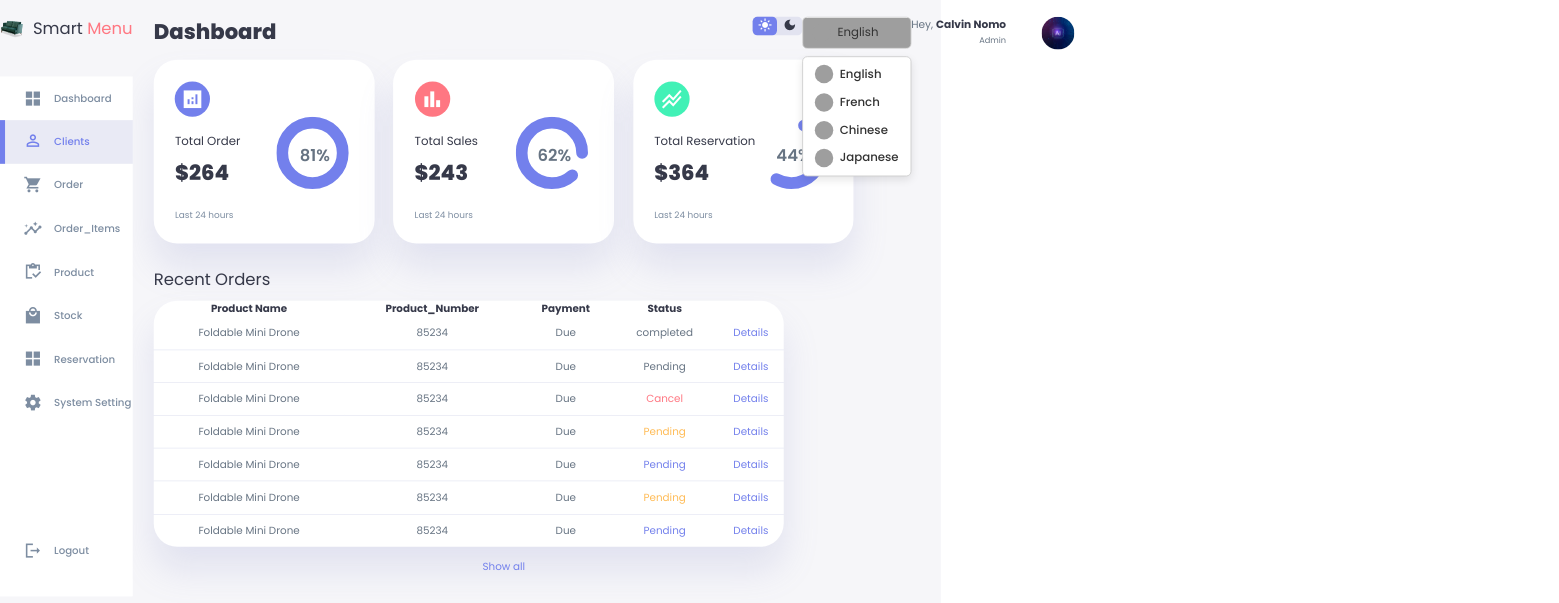
Repository: Calvin-Nomo/Hash-code
Page: admin.html
An editor plug-in stored every save of this project. The page is shown before and after the next save, followed by the edit.
The browser window is 1280 px wide. The page is 1856 px wide, so the pictures cover 1856 px, including what lies to the right of the window. The pictures show the whole page, at 84% of full size.
After loading, the first visible `div.selected-language` was clicked once.
Pictures or frames that could not be fetched are drawn as grey boxes.

Above is the page before, as saved 2025-10-08 13:03:07.

### admin.html
<!DOCTYPE html>
<html lang="en">
  <head>
    <meta charset="UTF-8" />
    <meta name="viewport" content="width=device-width, initial-scale=1.0" />
    <title>Document</title>

    <link
      href="https://fonts.googleapis.com/icon?family=Material+Icons+Sharp"
      rel="stylesheet"
    />
    <link rel="preconnect" href="https://fonts.googleapis.com" />
    <link rel="preconnect" href="https://fonts.gstatic.com" crossorigin />
    <link
      href="https://fonts.googleapis.com/css2?family=Outfit:wght@100..900&family=Poppins:ital,wght@0,100;0,200;0,300;0,400;0,500;0,600;0,700;0,800;0,900;1,100;1,200;1,300;1,400;1,500;1,600;1,700;1,800;1,900&display=swap"
      rel="stylesheet"
    />
<link href="https://cdn.jsdelivr.net/npm/daisyui@5/themes.css" rel="stylesheet" type="text/css" />
    <link rel="stylesheet" href="css/index.css" />
  </head>
  <body>
    <div class="container">
      <!-- ################SIDE BAR #################-->
      <aside>
        <div class="top">
          <div class="logo">
            <img src="image/couch.png" alt="logo" />
            <h2>Smart <span class="danger">Menu</span></h2>
          </div>
          <div class="close" id="close-btn">
            <span class="material-icons-sharp"> close </span>
          </div>
        </div>
        <div class="sidebar">
          <a href="#">
            <span class="material-icons-sharp"> grid_view </span>
            <h3>Dashboard</h3>
          </a>
          <a href="#" class="active">
            <span class="material-icons-sharp"> person_outline </span>
            <h3>Clients</h3>
          </a>
          <a href="#">
            <span class="material-icons-sharp"> shopping_cart </span>
            <h3>Order</h3>
          </a>
          <a href="#">
            <span class="material-icons-sharp"> insights </span>
            <h3>Order_Items</h3>
          </a>
          <a href="#">
            <span class="material-icons-sharp"> inventory </span>
            <h3>Product</h3>
          </a>
          <a href="#">
            <span class="material-icons-sharp"> local_mall </span>
            <h3>Stock</h3>
          </a>
          <a href="#">
            <span class="material-icons-sharp"> grid_view </span>
            <h3>Reservation</h3>
          </a>
          <a href="#">
            <span class="material-icons-sharp"> settings </span>
            <h3>System Setting</h3>
          </a>

          <a href="#">
            <span class="material-icons-sharp"> logout </span>
            <h3>Logout</h3>
          </a>
          <!-- <a href="#">
            <span class="material-icons-sharp"> logout </span>
            <h3>Logout</h3>
          </a>
          <a href="#">
            <span class="material-icons-sharp"> settings </span>
            <h3>Systems Setting</h3>
          </a> -->
        </div>
      </aside>
      <!-- ################END OF SIDE BAR #################-->
      <main>
        <h1>Dashboard</h1>
        <div class="insight">
          <div class="sales">
            <span class="material-icons-sharp"> analytics </span>
            <div class="middle">
              <div class="left">
                <h3>Total Order</h3>
                <h1>$264</h1>
              </div>
              <div class="progress">
                <svg>
                  <circle cx="38" cy="38" r="36"></circle>
                </svg>
                <div class="number">
                  <p>81%</p>
                </div>
              </div>
            </div>
            <small class="text-muted">Last 24 hours</small>
          </div>
          <!-- END OF SALES -->
          <div class="expenses">
            <span class="material-icons-sharp"> bar_chart </span>
            <div class="middle">
              <div class="left">
                <h3>Total Sales</h3>
                <h1>$243</h1>
              </div>
              <div class="progress">
                <svg>
                  <circle cx="38" cy="38" r="36"></circle>
                </svg>
                <div class="number">
                  <p>62%</p>
                </div>
              </div>
            </div>
            <small class="text-muted">Last 24 hours</small>
          </div>
          <!-- END OF EXPENSES -->
          <div class="income">
            <span class="material-icons-sharp"> stacked_line_chart </span>
            <div class="middle">
              <div class="left">
                <h3>Total Reservation</h3>
                <h1>$364</h1>
              </div>
              <div class="progress">
                <svg>
                  <circle cx="38" cy="38" r="36"></circle>
                </svg>
                <div class="number">
                  <p>44%</p>
                </div>
              </div>
            </div>
            <small class="text-muted">Last 24 hours</small>
          </div>
          <!-- END OF INCOME -->
        </div>
        <!-- END OF INSIGHT -->
        <div class="recent-orders">
          <h2>Recent Orders</h2>
          <table>
            <thead>
              <tr>
                <th>Product Name</th>
                <th>Product_Number</th>
                <th>Payment</th>
                <th>Status</th>
                <th></th>
              </tr>
            </thead>
            <tbody>
              <tr>
                <td>Foldable Mini Drone</td>
                <td>85234</td>
                <td>Due</td>
                <td class="">completed</td>
                <td class="primary">Details</td>
              </tr>
              <tr>
                <td>Foldable Mini Drone</td>
                <td>85234</td>
                <td>Due</td>
                <td class="warning">Pending</td>
                <td class="primary">Details</td>
              </tr>
              <tr>
                <td>Foldable Mini Drone</td>
                <td>85234</td>
                <td>Due</td>
                <td class="danger">Cancel</td>
                <td class="primary">Details</td>
              </tr>
              <tr>
                <td>Foldable Mini Drone</td>
                <td>85234</td>
                <td>Due</td>
                <td class="waring">Pending</td>
                <td class="primary">Details</td>
              </tr>
              <tr>
                <td>Foldable Mini Drone</td>
                <td>85234</td>
                <td>Due</td>
                <td class="primary">Pending</td>
                <td class="primary">Details</td>
              </tr>
              <tr>
                <td>Foldable Mini Drone</td>
                <td>85234</td>
                <td>Due</td>
                <td class="waring">Pending</td>
                <td class="primary">Details</td>
              </tr>
              <tr>
                <td>Foldable Mini Drone</td>
                <td>85234</td>
                <td>Due</td>
                <td class="primary">Pending</td>
                <td class="primary">Details</td>
              </tr>
            </tbody>
          </table>
          <a href="#">Show all</a>
        </div>

      </main>
      <!-- End of the Recent Orders -->
        <div class="right">
          <div class="top">
            <button id="menu-btn">
              <span class="material-icons-sharp">menu </span>
            </button>
            <div class="theme-toggler">
              <span class="material-icons-sharp active">light_mode</span>
              <span class="material-icons-sharp">dark_mode</span>
            </div>
              <div class="lang-menu">
  <div class="selected-language">
    <img src="https://flagsapi.com/US/flat/32.png" alt="">
    English
    <i class="arrow down"></i>
  </div>

  <ul class="lang-options">
    <li><a href="#" class="en" data-flag="https://flagsapi.com/US/flat/32.png">English</a></li>
    <li><a href="#" class="fr" data-flag="https://flagsapi.com/FR/flat/32.png">French</a></li>
    <li><a href="#" class="cn" data-flag="https://flagsapi.com/CN/flat/32.png">Chinese</a></li>
    <li><a href="#" class="jp" data-flag="https://flagsapi.com/JP/flat/32.png">Japanese</a></li>
  </ul>
</div>

            <div class="profile">
              <div class="info">
                <p>Hey, <b>Calvin Nomo</b></p>
                <small class="text-muted">Admin</small>
              </div>
              <div class="profile-photo">
                <img src="image/image1.jpg" alt="" />
              </div>
            </div>
          </div>
        </div>
      <!-- \\\\\\\\\\\\\\\END OF MAIN\\\\\\\\\\\\\\\\\\\\\\\ -->

    </div>
  </body>
  <script src="js/index.js"></script>

<script src="https://cdn.jsdelivr.net/npm/@tailwindcss/browser@4"></script>
</html>

### js/index.js
let sideMenu = document.querySelector("aside");
let Theme_Change = document.querySelector(".theme-toggler");
let openBtn = document.getElementById("menu-btn");
let closeBtn = document.getElementById("close-btn");

// Hide and Show the Side bar
openBtn.addEventListener("click", () => {
  sideMenu.style.display = "block";
});
closeBtn.addEventListener("click", () => {
  sideMenu.style.display = "none";
});

Theme_Change.addEventListener("click", () => {
  document.body.classList.toggle("dark-theme-variables");
  Theme_Change.querySelector("span:nth-child(1)").classList.toggle("activate");
  Theme_Change.querySelector("span:nth-child(2)").classList.toggle("activate");
});
// Language Dropdown Menu
let langMenu = document.querySelector(".lang-menu");
let selectedLang = langMenu.querySelector(".selected-language");
let langOptions = langMenu.querySelector(".lang-options");
selectedLang.addEventListener("click", () => {
  langOptions.classList.toggle("active");
});
langOptions.querySelectorAll("li").forEach((option) => {
  option.addEventListener("click", () => {
    selectedLang.innerHTML = option.innerHTML;
    langOptions.classList.remove("active");
  });
});
// display the selected flag in the selected language section
selectedLang.addEventListener("click", () => {
  let selectedFlag = selectedLang.querySelector("img").src;
  selectedLang.style.backgroundImage = `url(${selectedFlag})`;
});
// Close the dropdown menu if the user clicks outside of it
window.addEventListener("click", (e) => {
  if (!langMenu.contains(e.target)) {
    langOptions.classList.remove("active");
  }

});
// Hide and Show the Side bar
selectedLang.addEventListener("click", () => {
  langOptions.style.display = "block";
});
// Toogle the active class in the sidebar
let allSideMenu = document.querySelectorAll("aside .side-menu li a");
allSideMenu.forEach((item) => {
  const li = item.parentElement;
  item.addEventListener("click", () => {
    allSideMenu.forEach((i) => {
      i.parentElement.classList.remove("active");
    });
    li.classList.add("active");
  }
  );
});
// Change the active page title
let allPageTitle = document.querySelectorAll(".page-title");
allSideMenu.forEach((item) => {
  item.addEventListener("click", () => {
    let text = item.textContent;
    allPageTitle.forEach((title) => {
      title.textContent = text;
    });
  });
}
);

Loaded but not shown: css/index.css (634 lines, source omitted)

After the next save:
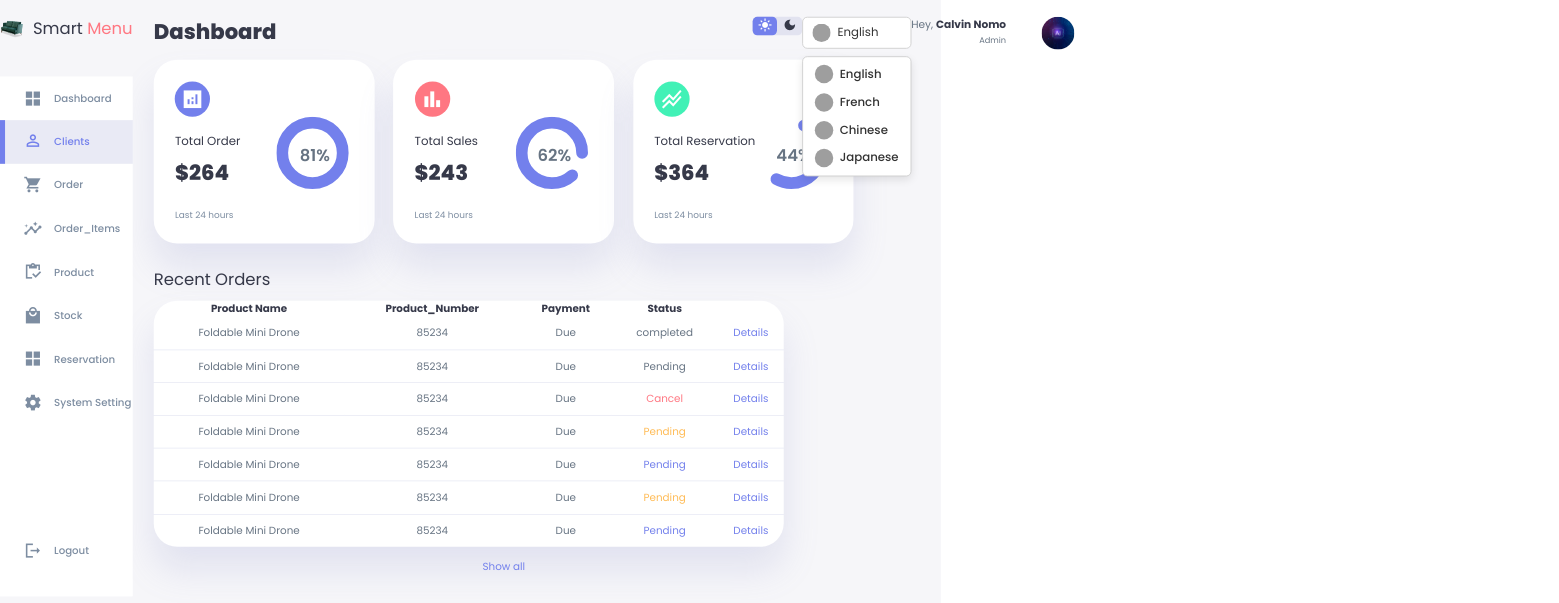
Saved 4 min 16 s later.
--- a/js/index.js
+++ b/js/index.js
@@ -16,55 +16,34 @@ Theme_Change.addEventListener("click", () => {
   Theme_Change.querySelector("span:nth-child(1)").classList.toggle("activate");
   Theme_Change.querySelector("span:nth-child(2)").classList.toggle("activate");
 });
-// Language Dropdown Menu
-let langMenu = document.querySelector(".lang-menu");
-let selectedLang = langMenu.querySelector(".selected-language");
-let langOptions = langMenu.querySelector(".lang-options");
-selectedLang.addEventListener("click", () => {
-  langOptions.classList.toggle("active");
-});
-langOptions.querySelectorAll("li").forEach((option) => {
-  option.addEventListener("click", () => {
-    selectedLang.innerHTML = option.innerHTML;
-    langOptions.classList.remove("active");
+
+document.addEventListener("DOMContentLoaded", function () {
+  const langMenu = document.querySelector(".lang-menu");
+  const selected = langMenu.querySelector(".selected-language");
+  const options = langMenu.querySelectorAll(".lang-options a");
+
+  // Toggle dropdown
+  selected.addEventListener("click", () => {
+    langMenu.classList.toggle("active");
+  });
+
+  // Change selected language with flag
+  options.forEach(option => {
+    option.addEventListener("click", (e) => {
+      e.preventDefault();
+      const flagUrl = option.getAttribute("data-flag");
+      const langText = option.textContent.trim();
+
+      // Update selected language display
+      selected.innerHTML = `<img src="${flagUrl}" alt=""> ${langText} <i class="arrow down"></i>`;
+      langMenu.classList.remove("active");
+    });
+  });
+
+  // Close dropdown if clicking outside
+  window.addEventListener("click", (e) => {
+    if (!langMenu.contains(e.target)) {
+      langMenu.classList.remove("active");
+    }
   });
 });
-// display the selected flag in the selected language section
-selectedLang.addEventListener("click", () => {
-  let selectedFlag = selectedLang.querySelector("img").src;
-  selectedLang.style.backgroundImage = `url(${selectedFlag})`;
-});
-// Close the dropdown menu if the user clicks outside of it
-window.addEventListener("click", (e) => {
-  if (!langMenu.contains(e.target)) {
-    langOptions.classList.remove("active");
-  }
-
-});
-// Hide and Show the Side bar
-selectedLang.addEventListener("click", () => {
-  langOptions.style.display = "block";
-});
-// Toogle the active class in the sidebar
-let allSideMenu = document.querySelectorAll("aside .side-menu li a");
-allSideMenu.forEach((item) => {
-  const li = item.parentElement;
-  item.addEventListener("click", () => {
-    allSideMenu.forEach((i) => {
-      i.parentElement.classList.remove("active");
-    });
-    li.classList.add("active");
-  }
-  );
-});
-// Change the active page title
-let allPageTitle = document.querySelectorAll(".page-title");
-allSideMenu.forEach((item) => {
-  item.addEventListener("click", () => {
-    let text = item.textContent;
-    allPageTitle.forEach((title) => {
-      title.textContent = text;
-    });
-  });
-}
-);
